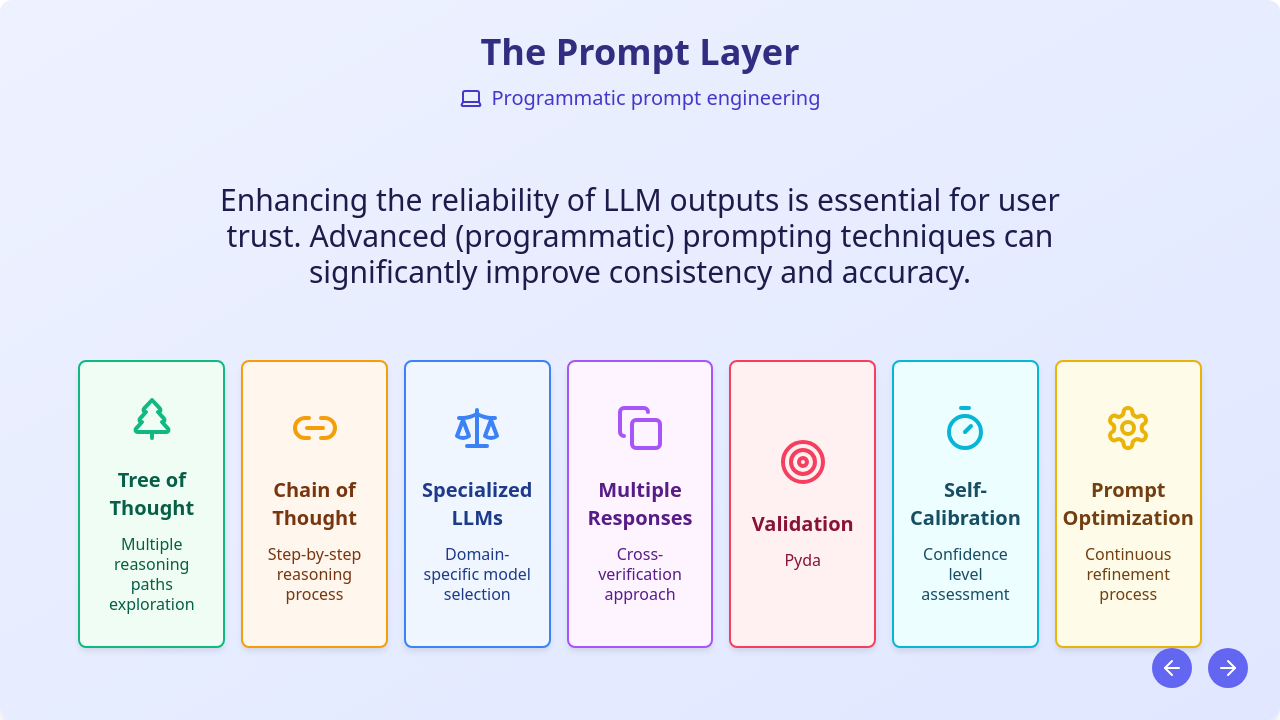
Repository: Galbaz1/dell_presentation
Page: /slide7
The author's editor kept a copy of each file at every save. The page is drawn from the files as they stood at one save, then again after the next save.
The browser window is 1280 px wide. The pictures show the whole page.
The project was rebuilt for these pictures with package versions that can differ from the ones it lists, and the page was loaded fresh each time. The framework's server and built-in components were replaced by stand-ins that run in the browser. Also part of the build but not shown: styles/animations/slide1.css, styles/animations/slide2.css.

Above is the page before, as saved 2024-11-13 13:09:18.

After the next save:
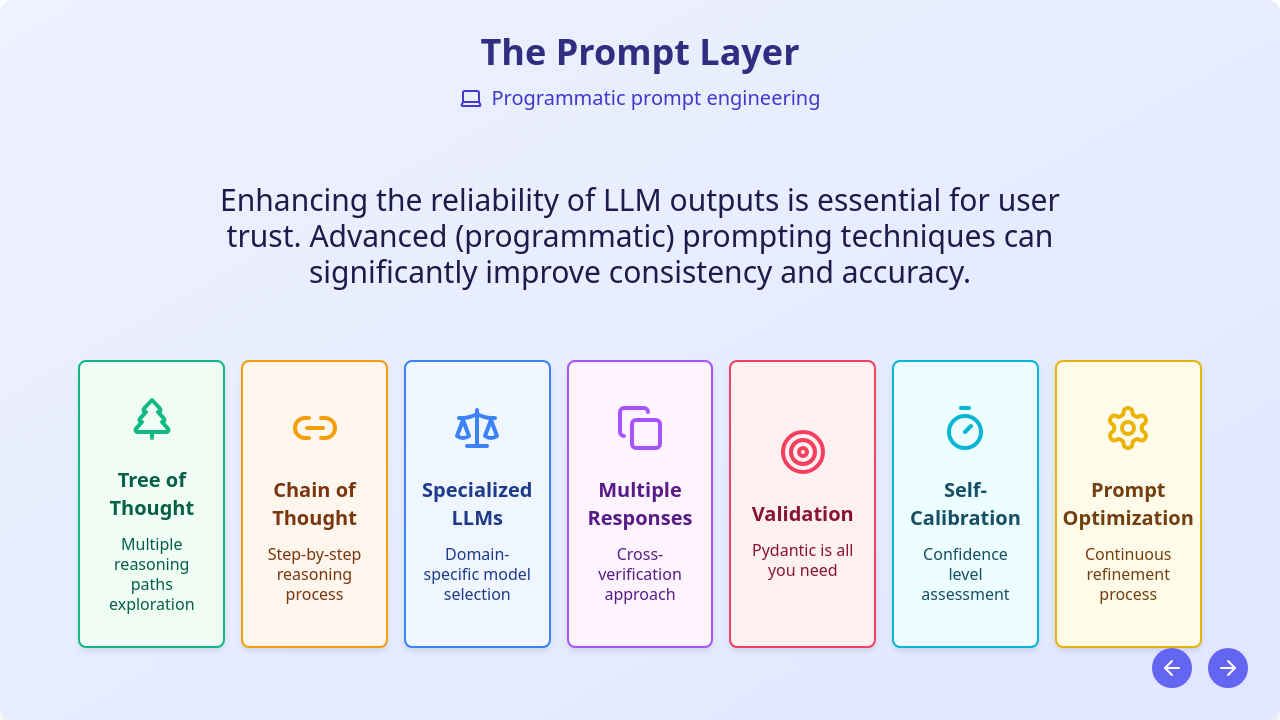
Saved 4 s later.
--- a/pages/slide7.tsx
+++ b/pages/slide7.tsx
@@ -97,7 +97,7 @@ const Slide7: React.FC = () => {
     {
       icon: <Target className="w-8 h-8" />,
       title: "Validation",
-      description: "Pyda",
+      description: "Pydantic is all you need",
       color: {
         bg: "#fff1f2",
         border: "#f43f5e",
